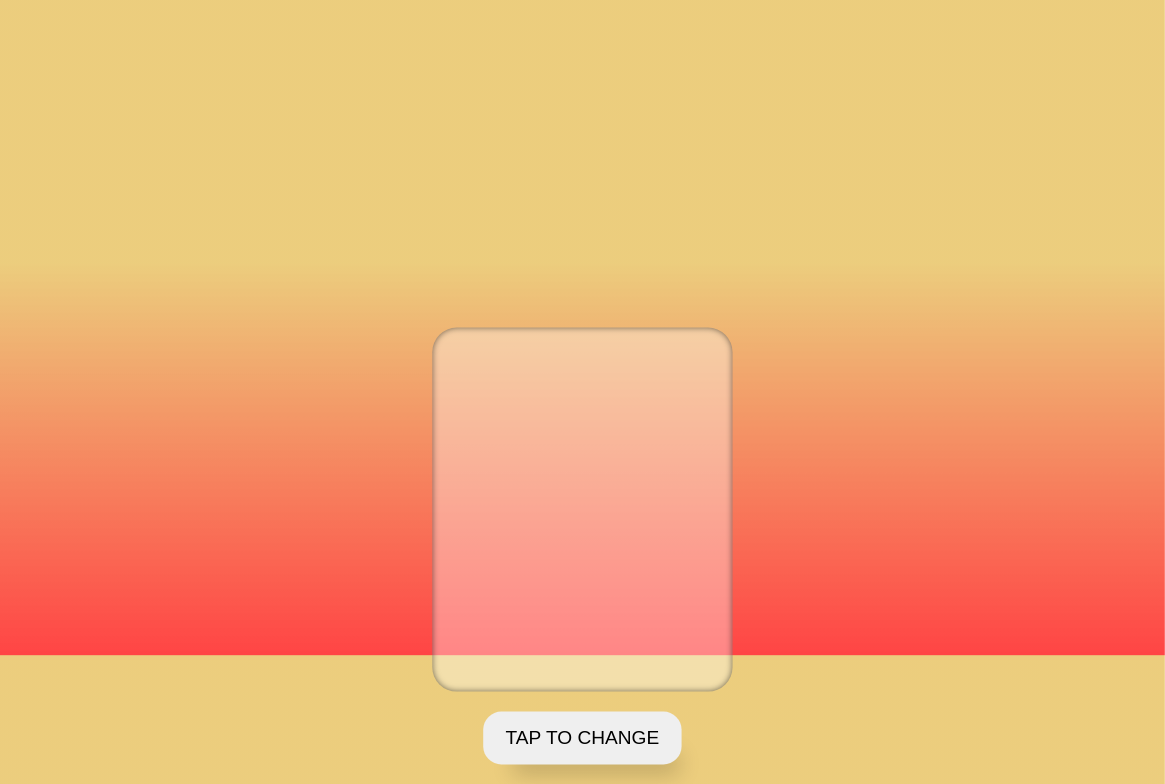
Repository: ThanhThn/profile
Page: index.html
The author's editor kept a copy of each file at every save. The page is drawn from the files as they stood at one save, then again after the next save.
The browser window is 1280 px wide. The pictures show the whole page, at 91% of full size.
Some web fonts or font styles are not loaded; a fallback is used.

Above is the page before, as saved 2022-12-05 00:11:51.

After the next save:
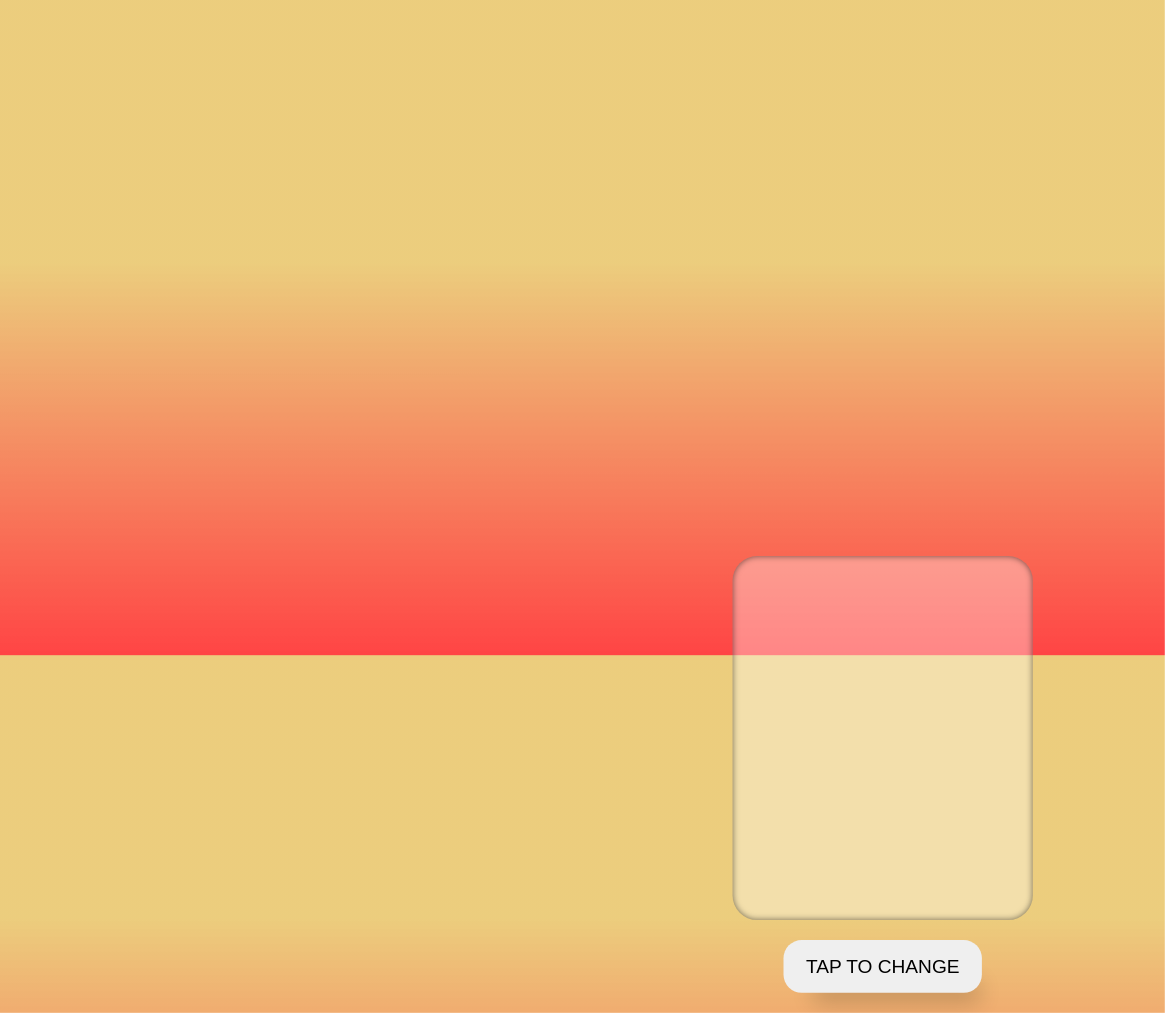
Saved 31 s later.
--- a/style.css
+++ b/style.css
@@ -14,8 +14,7 @@ body{
     position: absolute;
     top: 50%;
     left: 50%;
-    transform: translateY(-50% );
-    transform: translateX(-50% );
+    transform: translate(50%, 50%);
     display: flex;
     flex-direction: column;
     align-items: center;
